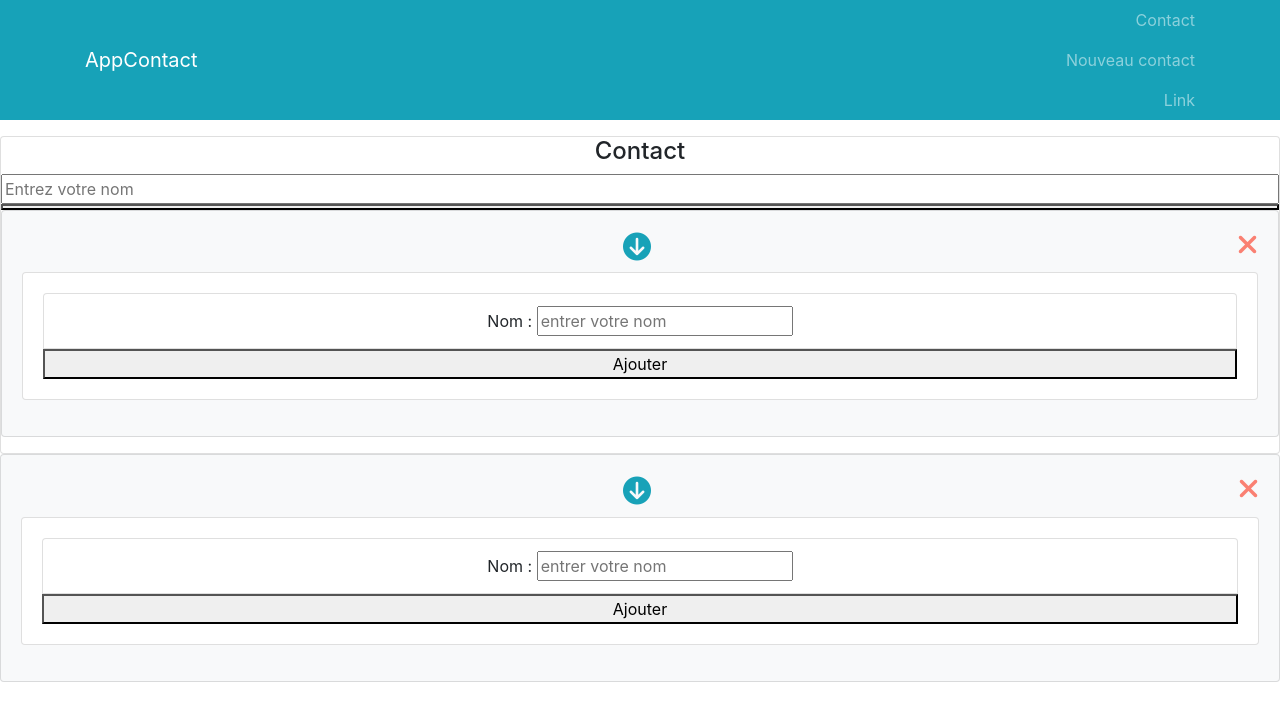
Repository: romgrm/appContact
Page: /
The author's editor kept a copy of each file at every save. The page is drawn from the files as they stood at one save, then again after a run of saves.
The browser window is 1280 px wide. The pictures show the whole page.
Some web libraries are served in a nearby version. The project was rebuilt for these pictures with package versions that can differ from the ones it lists, and the page was loaded fresh each time. Also part of the build but not shown: src/Components/Liste.js.

Above is the page before, as saved 2020-12-03 16:21:09.

After the next 2 saves:
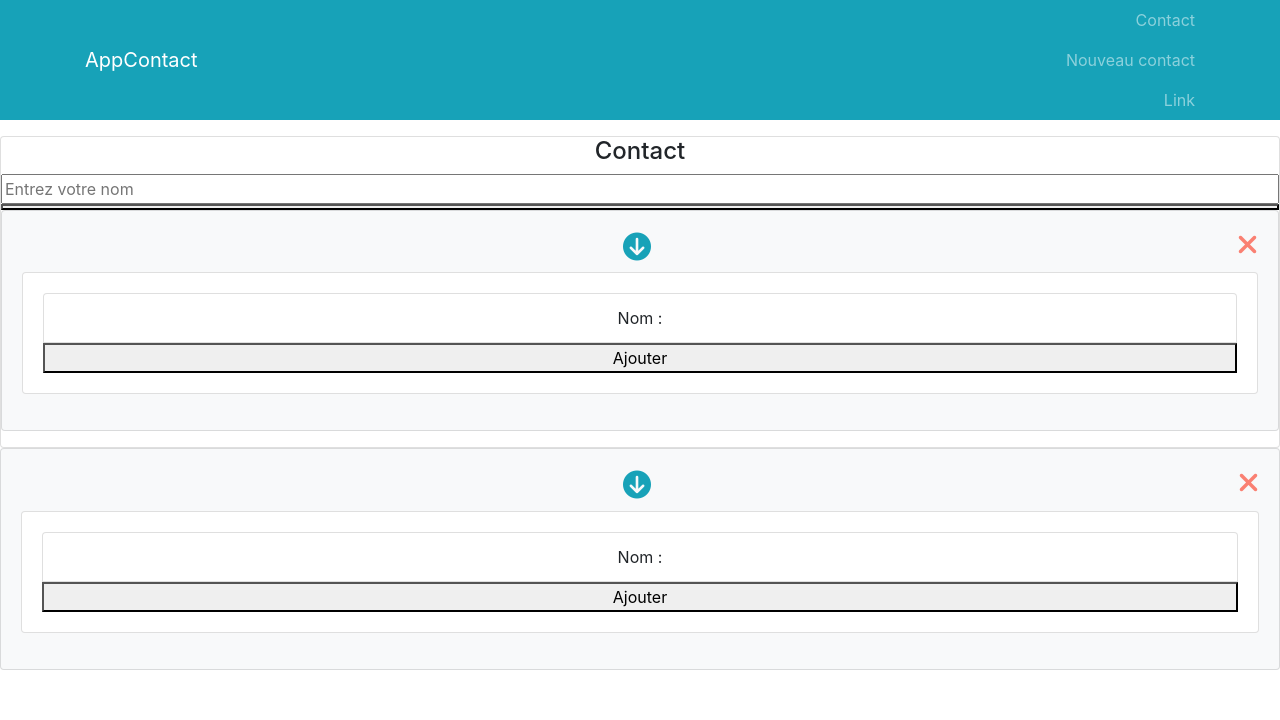
The 2 saves are shown as one change because they came seconds apart.
The last was saved 2 min 49 s later.
--- a/src/Components/Contact.js
+++ b/src/Components/Contact.js
@@ -49,7 +49,7 @@ export default class Contact extends Component {
                 {/*Opération ternaire qui permet de dire : est ce que le show de state est 'true' ? si oui, affiche moi les données, si non, return null, donc cache les */}
                 {this.state.show ? (
                     <ul className="card card-body">
-                    <li className="list-group-item"> Nom : {this.props.data} <input ame="input" placeholder="entrer votre nom" onChange={this.onChange} value={this.state.nom}></input></li>
+                    <li className="list-group-item"> Nom : {this.props.data}</li>
                     <button onClick={this.onSubmit}> Ajouter</button>
                     {/* <li className="list-group-item"> Prénom : {this.props.Prenom}</li>
                     <li className="list-group-item"> Mail : {this.props.Mail}</li> */}
